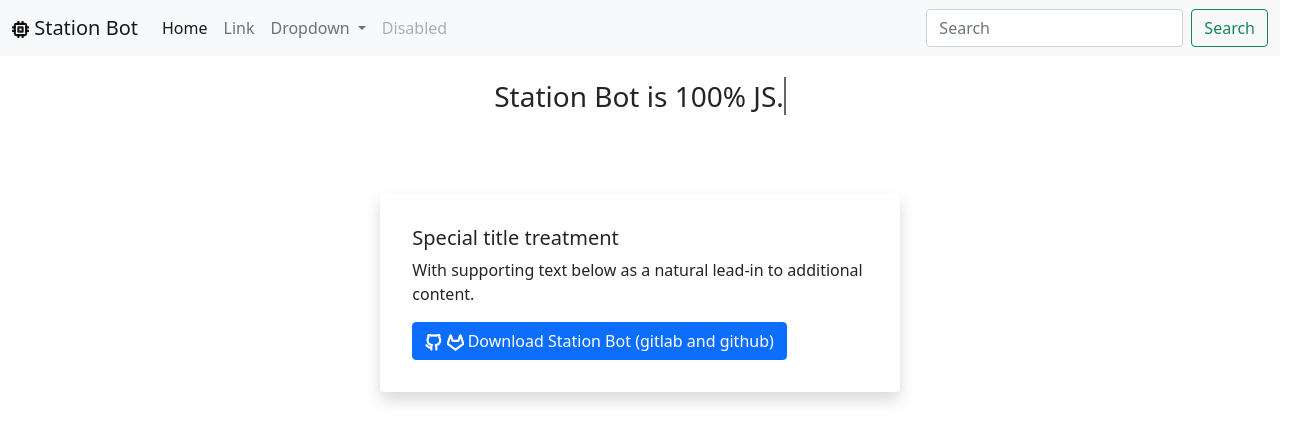
Repository: Valenplayer3000/StationBot-Web
Page: index.html
These files come from the project's save history. The page is drawn as it stood at one moment and after the next save; the edit follows.
The browser window is 1280 px wide. The page is 1292 px wide, so the pictures cover 1292 px, including what lies to the right of the window. The pictures show the whole page.
Some web libraries are served in a nearby version.

Above is the page before, as saved 2021-11-02 09:00:35.

### index.html
<!DOCTYPE html>
<head>
    <!-- Required meta tags -->
    <meta charset="utf-8">
    <meta name="viewport" content="width=device-width, initial-scale=1">

    <!-- Bootstrap CSS and JS -->
    <script src="https://cdn.jsdelivr.net/npm/bootstrap@5.1.3/dist/js/bootstrap.bundle.min.js" integrity="sha384-ka7Sk0Gln4gmtz2MlQnikT1wXgYsOg+OMhuP+IlRH9sENBO0LRn5q+8nbTov4+1p" crossorigin="anonymous"></script>
    <link href="https://cdn.jsdelivr.net/npm/bootstrap@5.1.3/dist/css/bootstrap.min.css" rel="stylesheet" integrity="sha384-1BmE4kWBq78iYhFldvKuhfTAU6auU8tT94WrHftjDbrCEXSU1oBoqyl2QvZ6jIW3" crossorigin="anonymous">

    <!-- Font Awesome (Icons) -->
    <script src="https://kit.fontawesome.com/e5254c2b1e.js" crossorigin="anonymous"></script>

    <!-- Feather Icons -->
    <script src="https://unpkg.com/feather-icons"></script>
    <!-- Site's Titles -->
    <title>Station Bot</title>
</head>
<html lang="en">
  <nav class="navbar navbar-expand-lg navbar-light bg-light">
    <div class="container-fluid">
      <a class="navbar-brand" href="#"><i data-feather="cpu"></i> Station Bot</a>
      <button class="navbar-toggler" type="button" data-bs-toggle="collapse" data-bs-target="#navbarSupportedContent" aria-controls="navbarSupportedContent" aria-expanded="false" aria-label="Toggle navigation">
        <span class="navbar-toggler-icon"></span>
      </button>
      <div class="collapse navbar-collapse" id="navbarSupportedContent">
        <ul class="navbar-nav me-auto mb-2 mb-lg-0">
          <li class="nav-item">
            <a class="nav-link active" aria-current="page" href="#">Home</a>
          </li>
          <li class="nav-item">
            <a class="nav-link" href="#">Link</a>
          </li>
          <li class="nav-item dropdown">
            <a class="nav-link dropdown-toggle" href="#" id="navbarDropdown" role="button" data-bs-toggle="dropdown" aria-expanded="false">
              Dropdown
            </a>
            <ul class="dropdown-menu" aria-labelledby="navbarDropdown">
              <li><a class="dropdown-item" href="#">Action</a></li>
              <li><a class="dropdown-item" href="#">Another action</a></li>
              <li><hr class="dropdown-divider"></li>
              <li><a class="dropdown-item" href="#">Something else here</a></li>
            </ul>
          </li>
          <li class="nav-item">
            <a class="nav-link disabled">Disabled</a>
          </li>
        </ul>
        <form class="d-flex">
          <input class="form-control me-2" type="search" placeholder="Search" aria-label="Search">
          <button class="btn btn-outline-success" type="submit">Search</button>
        </form>
      </div>
    </div>
  </nav>
  <br>
  <h3 class="header">Station Bot is
    <span class="txt-rotate" data-period="2000"data-rotate='[ "easy to use.", "simple.", "100% JS.", "100% customizable."]'></span>
  </h3>
  <br>
  <br>
  <br>
    <div class="row">
        <div class="col-sm-5 center">
          <div class="shadow p-3 mb-5 bg-body rounded">
            <div class="card-body">
              <h5 class="card-title">Special title treatment</h5>
              <p class="card-text">With supporting text below as a natural lead-in to additional content.</p>
              <!-- Button trigger modal -->
                <button type="button" class="btn btn-primary" data-bs-toggle="modal" data-bs-target="#exampleModal">
                  <i data-feather="github"></i> <i data-feather="gitlab"></i>  Download Station Bot (gitlab and github)
                </button>

                <!-- Modal -->
                <div class="modal fade" id="exampleModal" tabindex="-1" aria-labelledby="exampleModalLabel" aria-hidden="true">
                  <div class="modal-dialog">
                    <div class="modal-content">
                      <div class="modal-header">
                        <h5 class="modal-title" id="exampleModalLabel">Modal title</h5>
                        <button type="button" class="btn-close" data-bs-dismiss="modal" aria-label="Close"></button>
                      </div>
                      <div class="modal-body">
                        ...
                      </div>
                      <div class="modal-footer">
                        <button type="button" class="btn btn-primary"><i data-feather="download"></i> Take me to Download!</button>
                        <button type="button" class="btn btn-secondary" data-bs-dismiss="modal">Close</button>
                      </div>
                    </div>
                  </div>
                </div>
            </div>
          </div>
        </div>
      </div>
      <br>
</html>
<style>
  .feather {
  width: 17px;
  height: 17px;
  stroke: currentColor;
  stroke-width: 3;
  stroke-linecap: round;
  stroke-linejoin: round;
  fill: none;
}
.header{
  text-align: center;
}
.center{
  margin: 0 auto;
}
</style>
<script>
  feather.replace()
</script>
<script>
  var TxtRotate = function(el, toRotate, period) {
  this.toRotate = toRotate;
  this.el = el;
  this.loopNum = 1;
  this.period = parseInt(period, 10) || 1000;
  this.txt = '';
  this.tick();
  this.isDeleting = false;
};

TxtRotate.prototype.tick = function() {
  var i = this.loopNum % this.toRotate.length;
  var fullTxt = this.toRotate[i];

  if (this.isDeleting) {
    this.txt = fullTxt.substring(0, this.txt.length - 1);
  } else {
    this.txt = fullTxt.substring(0, this.txt.length + 1);
  }

  this.el.innerHTML = '<span class="wrap">'+this.txt+'</span>';

  var that = this;
  var delta = 200 - Math.random() * 100;

  if (this.isDeleting) { delta /= 2; }

  if (!this.isDeleting && this.txt === fullTxt) {
    delta = this.period;
    this.isDeleting = true;
  } else if (this.isDeleting && this.txt === '') {
    this.isDeleting = false;
    this.loopNum++;
    delta = 500;
  }

  setTimeout(function() {
    that.tick();
  }, delta);
};

window.onload = function() {
  var elements = document.getElementsByClassName('txt-rotate');
  for (var i=0; i<elements.length; i++) {
    var toRotate = elements[i].getAttribute('data-rotate');
    var period = elements[i].getAttribute('data-period');
    if (toRotate) {
      new TxtRotate(elements[i], JSON.parse(toRotate), period);
    }
  }
  // INJECT CSS
  var css = document.createElement("style");
  css.type = "text/css";
  css.innerHTML = ".txt-rotate > .wrap { border-right: 0.09em solid #666 }";
  document.body.appendChild(css);
};
</script>
<style>
@import url('https://fonts.googleapis.com/css2?family=Inter:wght@100;200;300;400;500;600;700;800;900&display=swap');
.tpyewirter {
text-align: center;
  font-family: 'Inter';
}
.button-center{
  display: flex;
  margin: auto;
}
</style>

After the next save:
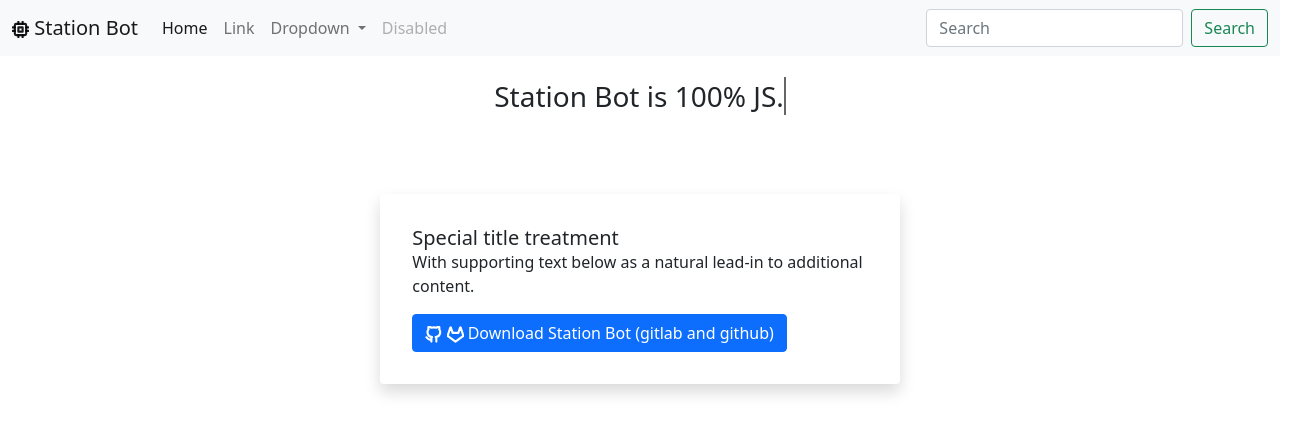
Saved 16 s later.
--- a/index.html
+++ b/index.html
@@ -64,7 +64,7 @@
         <div class="col-sm-5 center">
           <div class="shadow p-3 mb-5 bg-body rounded">
             <div class="card-body">
-              <h5 class="card-title">Special title treatment</h5>
+              <h5 class="card-title center">Special title treatment</h5>
               <p class="card-text">With supporting text below as a natural lead-in to additional content.</p>
               <!-- Button trigger modal -->
                 <button type="button" class="btn btn-primary" data-bs-toggle="modal" data-bs-target="#exampleModal">

After the save that followed:
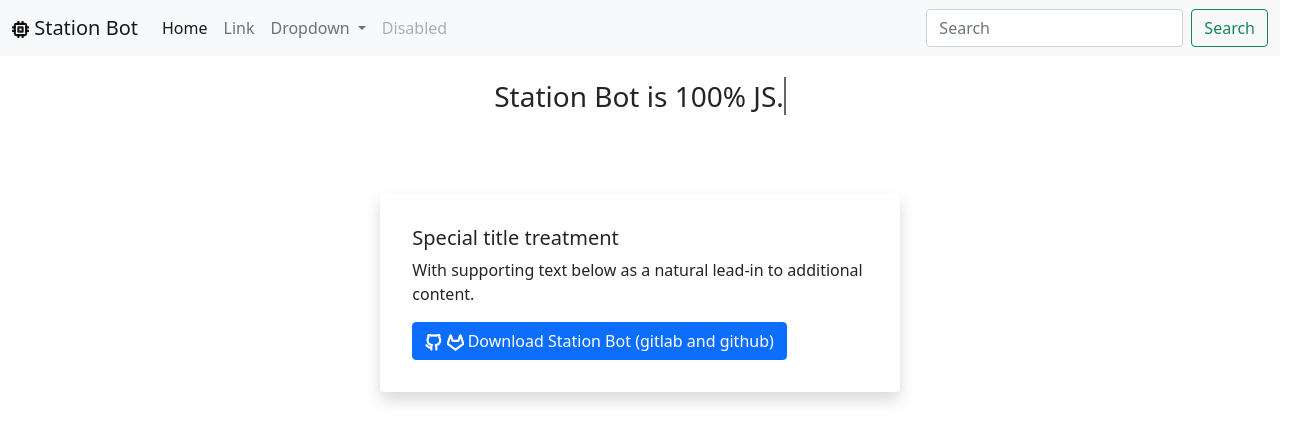
Saved 5 s later.
--- a/index.html
+++ b/index.html
@@ -64,7 +64,7 @@
         <div class="col-sm-5 center">
           <div class="shadow p-3 mb-5 bg-body rounded">
             <div class="card-body">
-              <h5 class="card-title center">Special title treatment</h5>
+              <h5 class="card-title">Special title treatment</h5>
               <p class="card-text">With supporting text below as a natural lead-in to additional content.</p>
               <!-- Button trigger modal -->
                 <button type="button" class="btn btn-primary" data-bs-toggle="modal" data-bs-target="#exampleModal">
